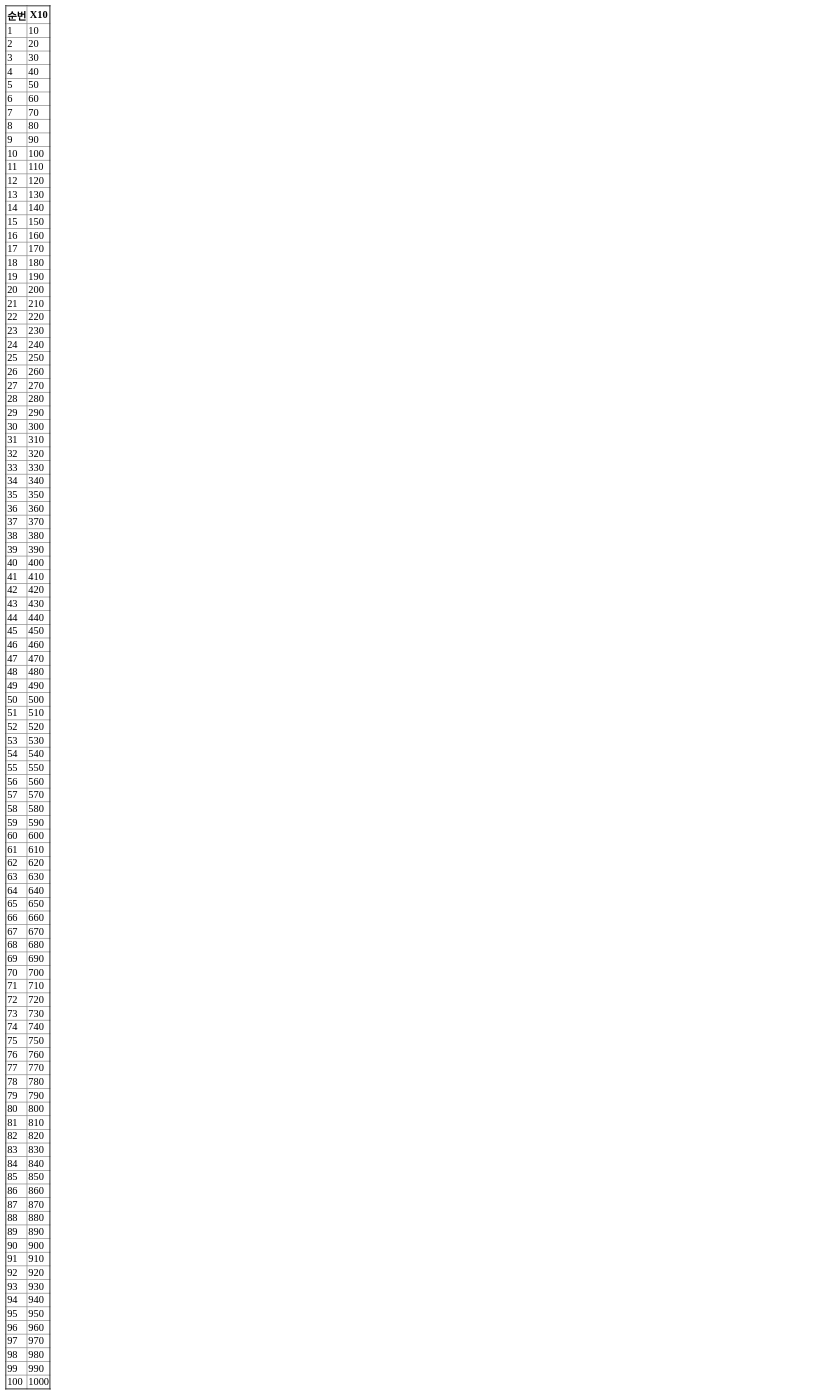
Repository: hus0124/M-IT
Page: http://localhost/Test2/table.jsp
The author's editor kept a copy of each file at every save. The page is drawn from the files as they stood at one save, then again after the next save.
The browser window is 1280 px wide. The pictures show the whole page, at 65% of full size.
The page is served by Tomcat 9.

Above is the page before, as saved 2019-12-31 07:35:10.

### JSP_Workspaces/Test2/WebContent/table.jsp
<%@ page language="java" contentType="text/html; charset=EUC-KR"
    pageEncoding="EUC-KR"%>
<!DOCTYPE html PUBLIC "-//W3C//DTD HTML 4.01 Transitional//EN" "http://www.w3.org/TR/html4/loose.dtd">
<html>
<head>
<meta http-equiv="Content-Type" content="text/html; charset=EUC-KR">
<title>Insert title here</title>
</head>
<body>
<table border="2"; style="border-collapse:collapse"; text-align:center;>
<th>순번</th><th>X10</th>
<%
for(int i = 1; i < 101; i++){ %>
	<tr><td><%=i %></td>
	<td><%=i*10 %></td></tr>
<% } %>


</table>
</body>
</html>

After the next save:
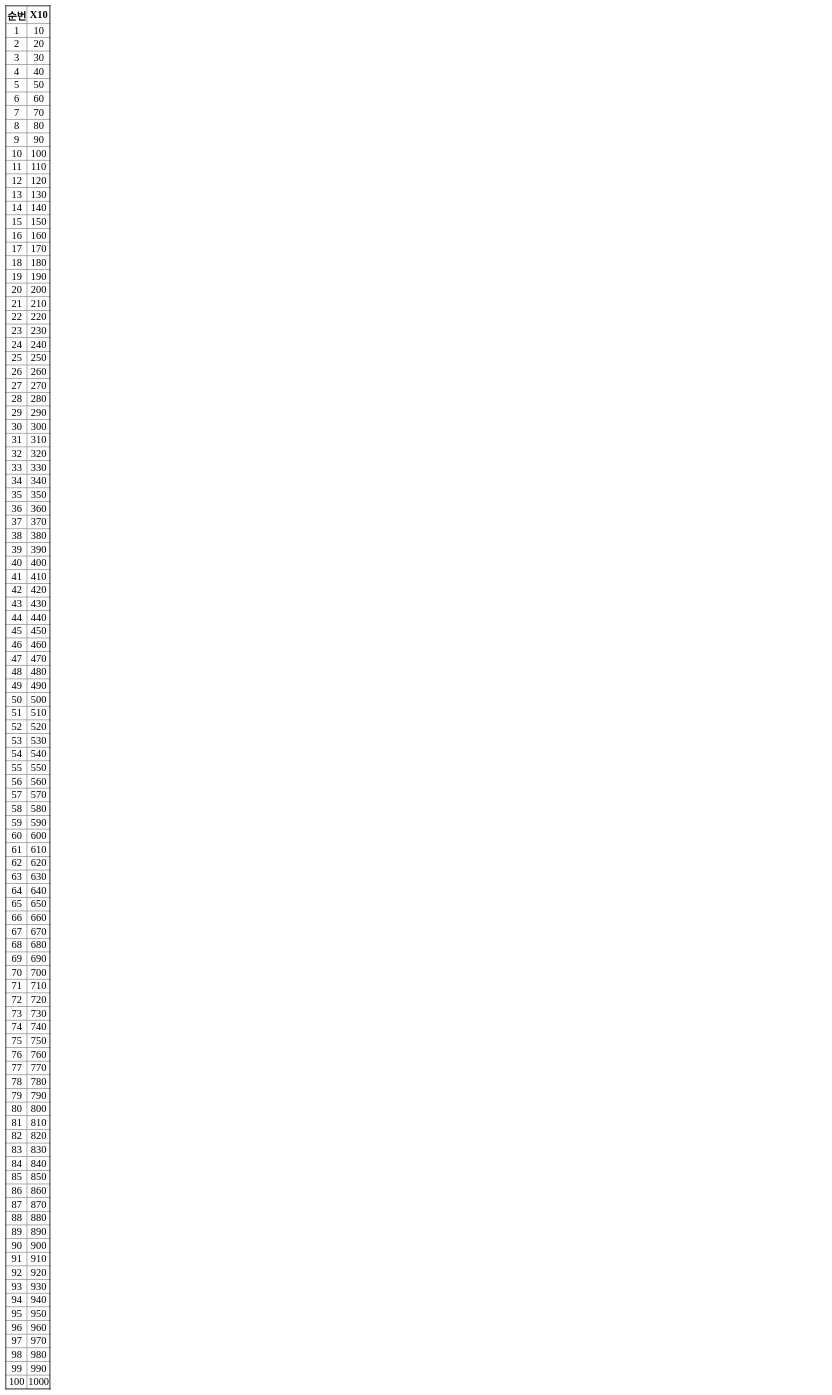
Saved 38 s later.
--- a/JSP_Workspaces/Test2/WebContent/table.jsp
+++ b/JSP_Workspaces/Test2/WebContent/table.jsp
@@ -7,7 +7,7 @@
 <title>Insert title here</title>
 </head>
 <body>
-<table border="2"; style="border-collapse:collapse"; text-align:center;>
+<table border="2"; style="border-collapse:collapse; text-align:center;">
 <th>순번</th><th>X10</th>
 <%
 for(int i = 1; i < 101; i++){ %>
